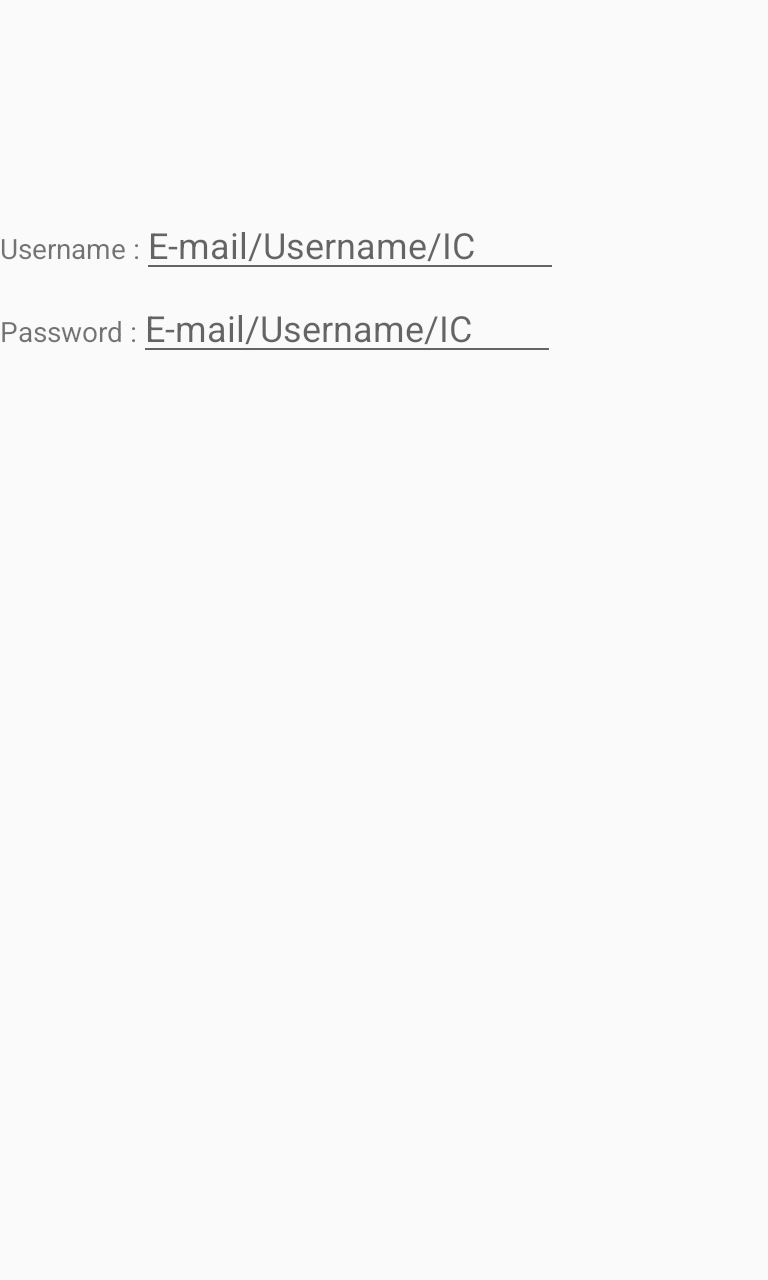
Repository: JodyCoolit/android
Layout: Delivery/res/layout/activity_signup.xml
These files come from the project's save history. The layout is drawn as it stood at one moment and after the next save; the edit follows.
It is drawn on a 768 x 1280 px phone screen (xhdpi) without system bars, with theme AppTheme; the app's code is not run.

Above is the layout before, as saved 2014-08-22 01:55:12.

### Delivery/res/layout/activity_signup.xml
<?xml version="1.0" encoding="utf-8"?>
<LinearLayout xmlns:android="http://schemas.android.com/apk/res/android"
    android:layout_width="match_parent"
    android:layout_height="match_parent"
    android:orientation="vertical" >
	<LinearLayout
	    android:layout_width="match_parent"
   		android:layout_height="wrap_content"
	    android:orientation="horizontal"
	    android:layout_marginTop="100sp"
	    >
	    <TextView
        android:id="@+id/tv_signup_username"
        android:layout_width="wrap_content"
        android:layout_height="wrap_content"
        android:text="@string/tv_signup_username" />
	    <EditText
        android:id="@+id/et_signup_username"
        android:layout_width="wrap_content"
        android:layout_height="wrap_content"
        android:ems="10"
        android:hint="@string/hint_signup_username">
    </EditText>
	</LinearLayout>

	<LinearLayout
	    android:layout_width="match_parent"
   		android:layout_height="wrap_content"
	    android:orientation="horizontal"
	    >
		 <TextView
		    android:id="@+id/tv_signup_password"
		    android:layout_width="wrap_content"
		    android:layout_height="wrap_content"
		    android:text="@string/tv_signup_password" />

		<EditText
		    android:id="@+id/et_signup_password"
		    android:layout_width="wrap_content"
		    android:layout_height="wrap_content"
		    android:ems="10"
		    android:inputType="textPassword"
		    android:hint="@string/hint_signup_username" />
	</LinearLayout>
</LinearLayout>

### Delivery/res/values/strings.xml
<?xml version="1.0" encoding="utf-8"?>
<resources>
    <string name="app_name">Delivery</string>
    <string name="signup">Sign Up</string>

    <!-- LoginActivity -->
    <string name="welcome">Welcome!</string>
	<string name="btn_signin">Sign in</string>
	<string name="btn_signup">Sign up</string>
	<string name="hint_username">Enter your username here</string>
	<string name="hint_password">Enter your password here</string>

	<!--  SignupActivity -->
	<string name="tv_signup_username">Username : </string>
	<string name="tv_signup_password">Password : </string>
	<string name="hint_signup_username">E-mail/Username/IC</string>
	<string name="hint_signup_password">Case Sencetive</string>
</resources>

Loaded but not shown: Delivery/res/values/styles.xml (common file); Delivery/res/values-v11/styles.xml (common file); Delivery/res/values-v14/styles.xml (common file)

After the next save:
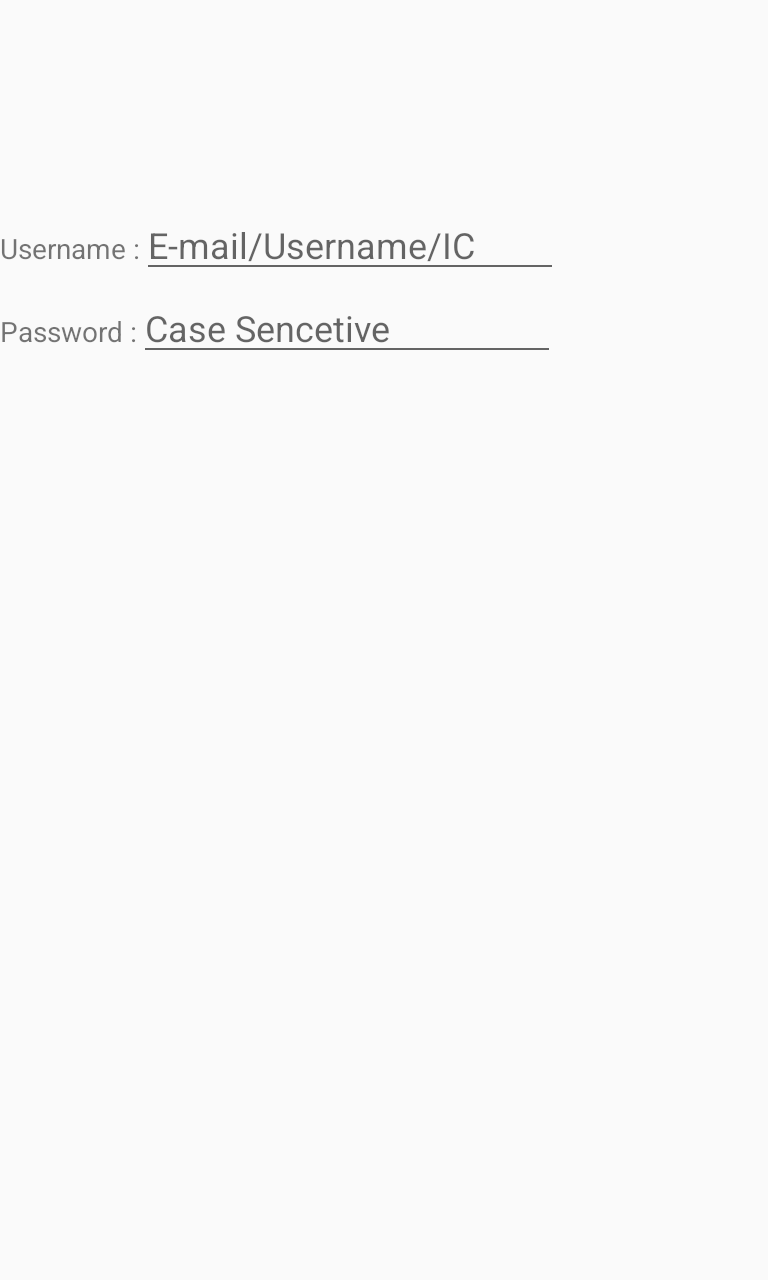
Saved 5 s later.
--- a/Delivery/res/layout/activity_signup.xml
+++ b/Delivery/res/layout/activity_signup.xml
@@ -40,6 +40,6 @@
 		    android:layout_height="wrap_content"
 		    android:ems="10"
 		    android:inputType="textPassword"
-		    android:hint="@string/hint_signup_username" />
+		    android:hint="@string/hint_signup_password" />
 	</LinearLayout>
 </LinearLayout>
